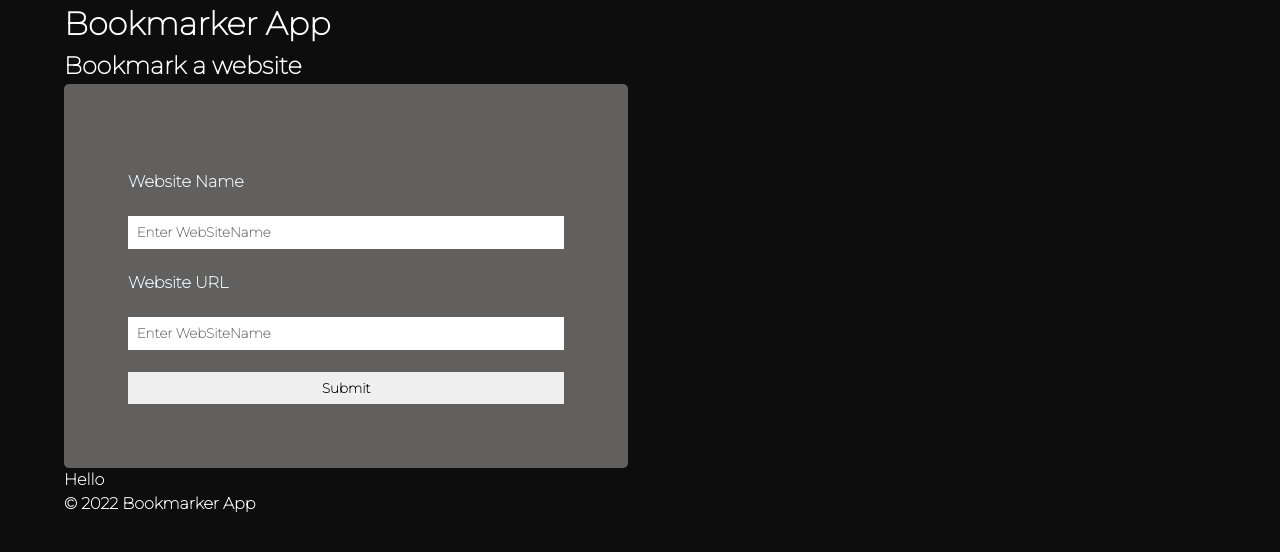
Repository: Suporl9/BookMarkerApp
Page: index.html
The author's editor kept a copy of each file at every save. The page is drawn from the files as they stood at one save, then again after the next save.
The browser window is 1280 px wide. The pictures show the whole page.

Above is the page before, as saved 2021-11-21 20:54:23.

### index.html
<!DOCTYPE html>
<html lang="en">
  <head>
    <meta charset="UTF-8" />
    <meta http-equiv="X-UA-Compatible" content="IE=edge" />
    <meta name="viewport" content="width=device-width, initial-scale=1.0" />
    <link rel="stylesheet" href="./style.css" />
    <title>Document</title>
  </head>
  <body>
    <div class="container">
      <div class="innerContainer">
        <div class="bookmarkerSection"><h1>Bookmarker App</h1></div>
        <div class="vh"></div>
        <div class="formInput">
          <form class="formSec">
            <h2>Bookmark a website</h2>
            <div class="sitesec">
              <label class="labc" name="siteName">Website Name</label>
              <input
                type="text"
                name="sitename"
                placeholder="Enter WebSiteName"
                class="inpClass"
              />
              <label class="labc" name="siteName">Website URL</label>
              <input
                type="text"
                name="sitename"
                class="inpClass"
                placeholder="Enter WebSiteName"
              />
              <button class="submBtn">Submit</button>
            </div>
          </form>
        </div>
        <div class="toBeAdded">Hello</div>
        <footer class="footer">
          <p>&copy; 2022 Bookmarker App</p>
        </footer>
      </div>
    </div>
  </body>
</html>

### style.css
@import url("https://fonts.googleapis.com/css2?family=Montserrat:wght@100&display=swap");

:root {
  --main-bg-color: rgb(255, 255, 255);
  --main-grey: rgb(97, 96, 95);
}
* {
  /* background-color: var(--main-bg-color); */
  font-family: "Montserrat", sans-serif;
  box-sizing: border-box; /* includes padding in height and width(the box outside doesnot get bigger when adding padding and stuff)*/
  margin: 0;
  padding: 0;
  font-weight: bold;
  border: none;
}
body {
  background: #0d0d0d;
  font-family: "Poppins", sans-serif;
  width: 90%;
  margin: auto;
  line-height: 1.5;
  color: #fff;
}
.container {
  /* background-color: var(--main-bg-color); */
  font-family: "Montserrat", sans-serif;
  /* margin: auto; */
  /* width: 80%;
  display: flex;
  justify-content: center; */
}
.innerContainer,
.formSec {
  display: flex;
  flex-direction: column;
  width: 70%;
}
.sitesec {
  display: flex;
  flex-direction: column;
  background-color: var(--main-grey);
  padding: 4rem;
  border-radius: 5px;
  color: aliceblue;
}
.submBtn {
  margin-top: 5%;
  padding: 0.5rem;
}
.inpClass {
  margin-top: 5%;
  padding: 2%;
}
.labc {
  margin-top: 5%;
}
/* .formSec,
.sitesec {
  display: flex;
  flex-direction: column;
} */
/* .sitesec {
  display: flex;
  flex-direction: column;
}
 */

After the next save:
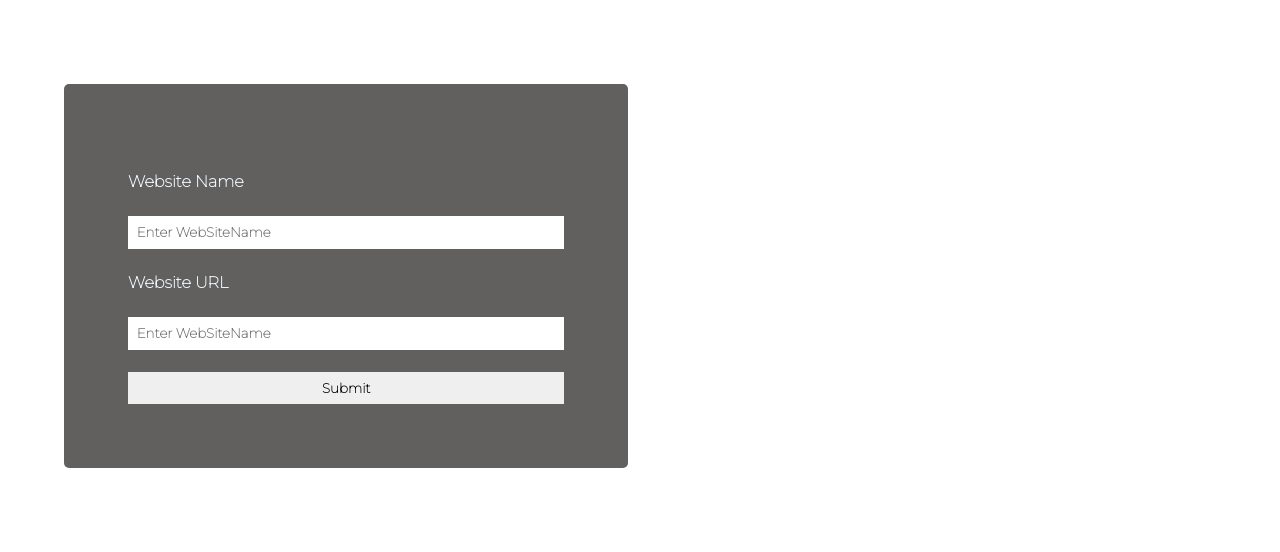
Saved 6 s later.
--- a/style.css
+++ b/style.css
@@ -14,8 +14,8 @@
   border: none;
 }
 body {
-  background: #0d0d0d;
-  font-family: "Poppins", sans-serif;
+  /* background: #0d0d0d;
+  font-family: "Poppins", sans-serif; */
   width: 90%;
   margin: auto;
   line-height: 1.5;
